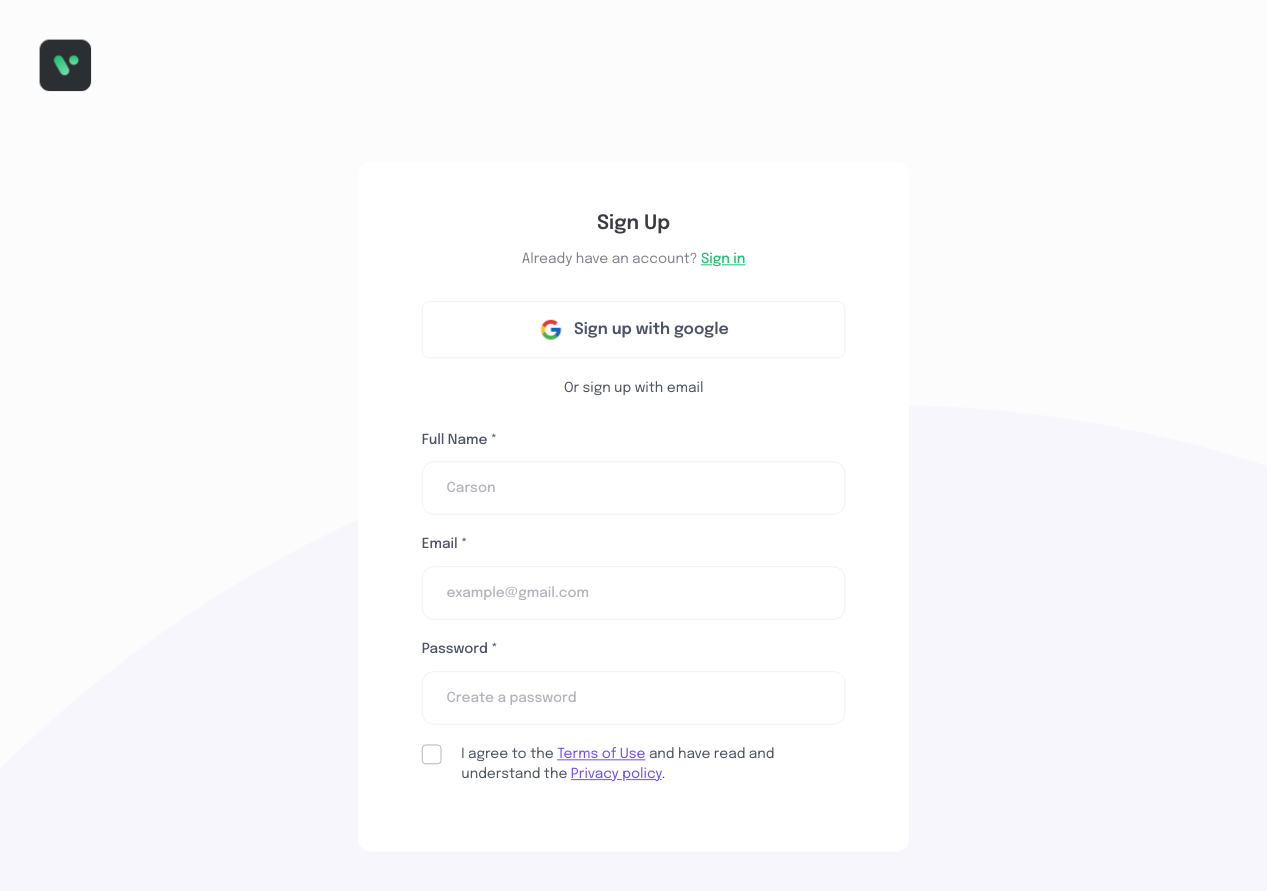
Repository: CarsonDev1/Crowfunding
Page: /sign-up
These files come from the project's save history. The page is drawn as it stood at one moment and after the next save; the edit follows.
The browser window is 1280 px wide. The pictures show the whole page, at 99% of full size.
The project was rebuilt for these pictures with package versions that can differ from the ones it lists, and the page was loaded fresh each time. Also part of the build but not shown: src/components/common/ErrorComponent.jsx, src/pages/SignIn.jsx.

Above is the page before, as saved 2023-04-07 11:40:04.

After the next save:
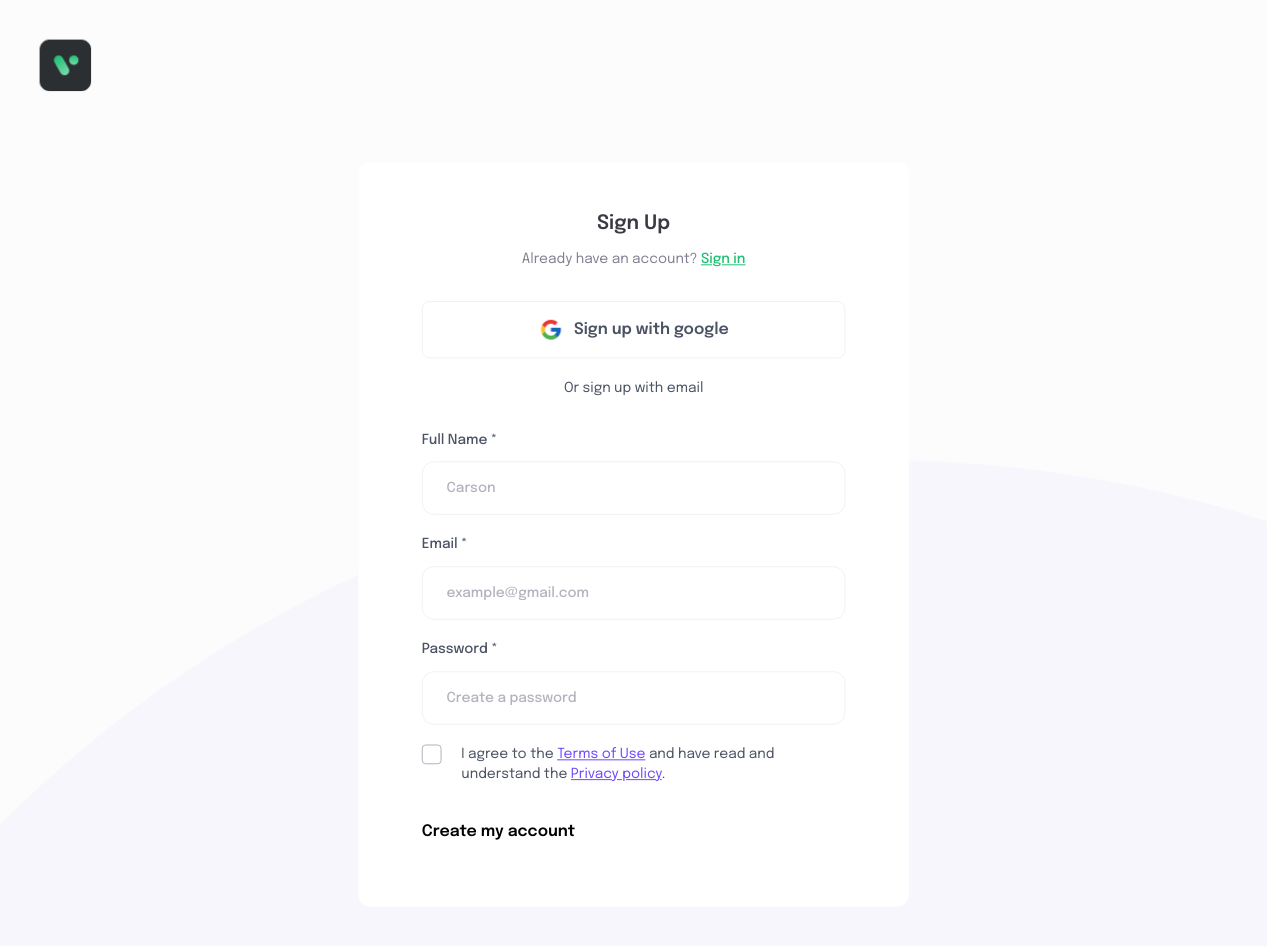
Saved 57 s later.
--- a/src/pages/SignUp.jsx
+++ b/src/pages/SignUp.jsx
@@ -5,6 +5,7 @@ import { Input } from "components/input";
 import { Label } from "components/label";
 import LayoutAuthentication from "layouts/LayoutAuthentication";
 import FormGroup from "components/common/FormGroup";
+import { Button } from "components/button";
 
 function SignUp() {
 	const {
@@ -46,6 +47,7 @@ function SignUp() {
 						understand the <span className="underline text-secondary">Privacy policy</span>.
 					</p>
 				</div>
+				<Button>Create my account</Button>
 			</form>
 		</LayoutAuthentication>
 	);
